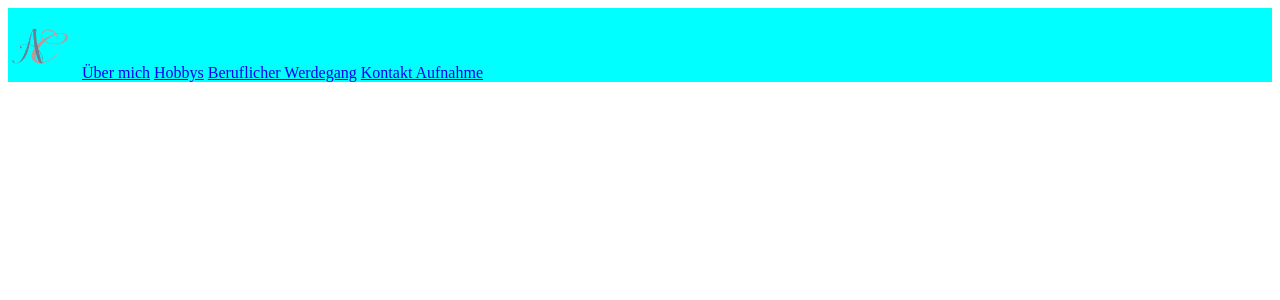
Repository: Ava-VictoriaCrivello/website
Page: index.html
An editor plug-in stored every save of this project. The page is shown before and after the next save, followed by the edit.
The browser window is 1280 px wide. The pictures show the whole page.

Above is the page before, as saved 2022-05-29 11:31:43.

After the next save:
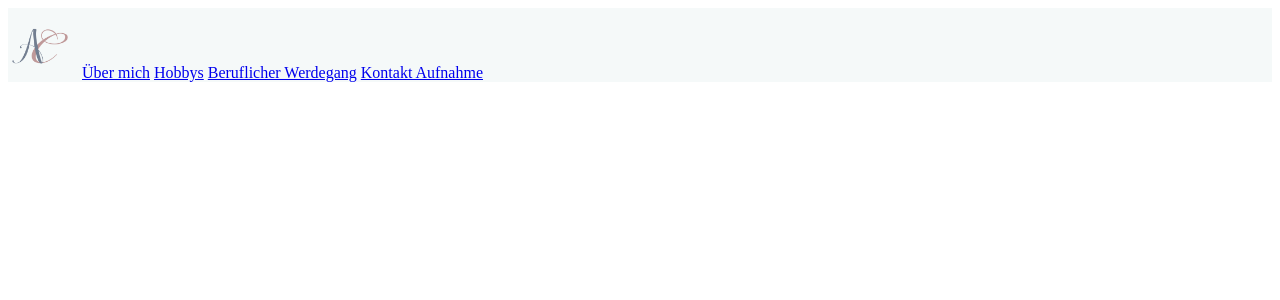
Saved 3 min 17 s later.
--- a/style.css
+++ b/style.css
@@ -1,3 +1,3 @@
 header {
-  background-color: aqua;
+  background-color: rgb(245, 249, 249);
 }
